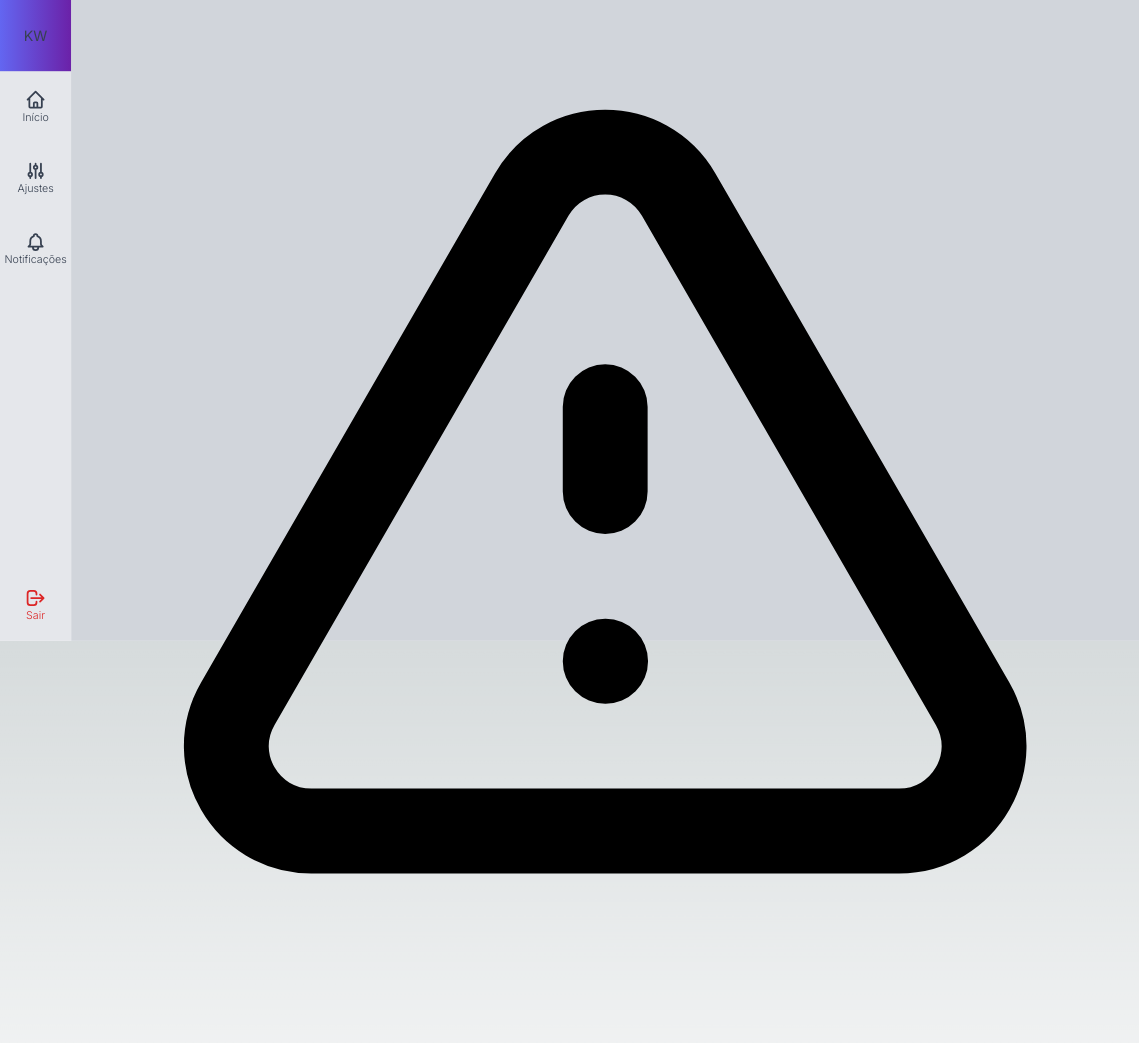
Repository: KennedyWanderson/AdminDashboard
Page: / (app in Code/admindashboard/)
These files come from the project's save history. The page is drawn as it stood at one moment and after the next save; the edit follows.
The browser window is 1280 px wide. The pictures show the whole page, at 89% of full size.
The project was rebuilt for these pictures with package versions that can differ from the ones it lists, and the page was loaded fresh each time. The framework's server and built-in components were replaced by stand-ins that run in the browser. Also part of the build but not shown: Code/admindashboard/next.config.mjs.

Above is the page before, as saved 2024-06-16 15:56:16.

### Code/admindashboard/src/app/layout.js
import { Inter } from "next/font/google";
import "./globals.css";

const inter = Inter({ subsets: ["latin"] });

export const metadata = {
  title: "Admin Dashboard",
  description: "Generated by Kennedy Wanderson",
};

export default function RootLayout({ children }) {
  return (
    <html lang="en">
      <body className={inter.className}>{children}</body>
    </html>
  );
}

### Code/admindashboard/src/app/page.js
import Layout from "@/components/Layout";

export default function Home() {
  return (
    <Layout>
      Content
    </Layout>
  )
}

### Code/admindashboard/src/components/Layout.jsx
import Header from "./Header";
import LateralMenu from "./LateralMenu";


export default function Layout() {

    return (

            <div className={` flex h-screen w-screen`}>
                <LateralMenu />
                <div className={`
                flex flex-col w-full p-7
                bg-gray-300 dark:bg-gray-800
            `}>
                <Header />

                </div>
            </div>
    )
}

### Code/admindashboard/src/components/Header.jsx

import { IconeAtencao } from './icons'



export default function Header({ titulo, subtitulo }) {


    return (
        <div className={`flex`}>
            <div>
                <h1 className={`
                font-black text-3xl
                text-gray-900 dark:text-gray-100
            `}>
                    {titulo}
                </h1>
                <h2 className={`
                font-light text-sm
                dark:text-gray-300
            `}>
                    {subtitulo}
                </h2>
            </div>
            <div className={`flex flex-grow justify-end items-center`}>
                <IconeAtencao className="ml-3" />
            </div>
        </div>
    )
}

### Code/admindashboard/src/components/LateralMenu.jsx
import MenuItem from "./ItemMenu";
import { IconeAjustes, IconeCasa, IconeSair, IconeSino } from "./icons"




export default function LateralMenu() {


    return (
        <aside className={`
            flex flex-col
            bg-gray-200 text-gray-700
            dark:bg-gray-900
        `}>
            <div className={`
                flex flex-col items-center justify-center
                bg-gradient-to-r from-indigo-500 to-purple-800
                h-20 w-20
            `}>
                KW
            </div>
            <ul className="flex-grow">
                <MenuItem url="/" texto="Início" icone={IconeCasa} />
                <MenuItem url="/ajustes" texto="Ajustes" icone={IconeAjustes} />
                <MenuItem url="/notificacoes" texto="Notificações" icone={IconeSino} />
            </ul>
            <ul>
                <MenuItem
                    texto="Sair" icone={IconeSair}
                    className={`
                        text-red-600 dark:text-red-400
                        hover:bg-red-400 hover:text-white
                        dark:hover:text-white
                    `}
                />
            </ul>
        </aside>
    )
}

### Code/admindashboard/src/components/icons/index.jsx
// Pra mais icones acessar... https://heroicons.com/

export const IconeCasa = (
    <svg xmlns="http://www.w3.org/2000/svg" className="h-6 w-6" fill="none" viewBox="0 0 24 24" stroke="currentColor">
        <path strokeLinecap="round" strokeLinejoin="round" strokeWidth={2} d="M3 12l2-2m0 0l7-7 7 7M5 10v10a1 1 0 001 1h3m10-11l2 2m-2-2v10a1 1 0 01-1 1h-3m-6 0a1 1 0 001-1v-4a1 1 0 011-1h2a1 1 0 011 1v4a1 1 0 001 1m-6 0h6" />
    </svg>
)

export const IconeAjustes = (
    <svg xmlns="http://www.w3.org/2000/svg" className="h-6 w-6" fill="none" viewBox="0 0 24 24" stroke="currentColor">
        <path strokeLinecap="round" strokeLinejoin="round" strokeWidth={2} d="M12 6V4m0 2a2 2 0 100 4m0-4a2 2 0 110 4m-6 8a2 2 0 100-4m0 4a2 2 0 110-4m0 4v2m0-6V4m6 6v10m6-2a2 2 0 100-4m0 4a2 2 0 110-4m0 4v2m0-6V4" />
    </svg>
)

export const IconeSino = (
    <svg xmlns="http://www.w3.org/2000/svg" className="h-6 w-6" fill="none" viewBox="0 0 24 24" stroke="currentColor">
        <path strokeLinecap="round" strokeLinejoin="round" strokeWidth={2} d="M15 17h5l-1.405-1.405A2.032 2.032 0 0118 14.158V11a6.002 6.002 0 00-4-5.659V5a2 2 0 10-4 0v.341C7.67 6.165 6 8.388 6 11v3.159c0 .538-.214 1.055-.595 1.436L4 17h5m6 0v1a3 3 0 11-6 0v-1m6 0H9" />
    </svg>
)

export const IconeSair = (
    <svg xmlns="http://www.w3.org/2000/svg" className="h-6 w-6" fill="none" viewBox="0 0 24 24" stroke="currentColor">
        <path strokeLinecap="round" strokeLinejoin="round" strokeWidth={2} d="M17 16l4-4m0 0l-4-4m4 4H7m6 4v1a3 3 0 01-3 3H6a3 3 0 01-3-3V7a3 3 0 013-3h4a3 3 0 013 3v1" />
    </svg>
)

export const IconeSol = (tamanho = 6) => (
    <svg xmlns="http://www.w3.org/2000/svg" className={`h-${tamanho} w-${tamanho}`} fill="none" viewBox="0 0 24 24" stroke="currentColor">
        <path strokeLinecap="round" strokeLinejoin="round" strokeWidth={2} d="M12 3v1m0 16v1m9-9h-1M4 12H3m15.364 6.364l-.707-.707M6.343 6.343l-.707-.707m12.728 0l-.707.707M6.343 17.657l-.707.707M16 12a4 4 0 11-8 0 4 4 0 018 0z" />
    </svg>
)

export const IconeLua = (tamanho = 6) => (
    <svg xmlns="http://www.w3.org/2000/svg" className={`h-${tamanho} w-${tamanho}`} fill="none" viewBox="0 0 24 24" stroke="currentColor">
        <path strokeLinecap="round" strokeLinejoin="round" strokeWidth={2} d="M20.354 15.354A9 9 0 018.646 3.646 9.003 9.003 0 0012 21a9.003 9.003 0 008.354-5.646z" />
    </svg>
)

export const IconeAtencao = (tamanho = 1) => (
    <svg xmlns="http://www.w3.org/2000/svg" className={`h-${tamanho} w-${tamanho}`} fill="none" viewBox="0 0 24 24" stroke="currentColor">
        <path strokeLinecap="round" strokeLinejoin="round" strokeWidth={2} d="M12 9v2m0 4h.01m-6.938 4h13.856c1.54 0 2.502-1.667 1.732-3L13.732 4c-.77-1.333-2.694-1.333-3.464 0L3.34 16c-.77 1.333.192 3 1.732 3z" />
    </svg>
)

### Code/admindashboard/src/components/ItemMenu.jsx

export default function MenuItem({ texto, icone, url, className, onClick }) {
    function renderizarLink() {
        return (
            <div className={`
                flex flex-col justify-center items-center
                h-20 w-20
                dark:text-gray-200
                ${className}
            `}>
                {icone}
                <span className="text-xs font-light">
                    {texto}
                </span>
            </div>
        );
    }

    return (
        <li
            onClick={onClick}
            className={`
                hover:bg-gray-100 dark:hover:bg-gray-800
                cursor-pointer
            `}
        >
            {url ? (
                <a href={url}>
                    {renderizarLink()}
                </a>
            ) : (
                renderizarLink()
            )}
        </li>
    );
}

Loaded but not shown: Code/admindashboard/src/app/globals.css (common file); Code/admindashboard/tailwind.config.js (common file)

After the next save:
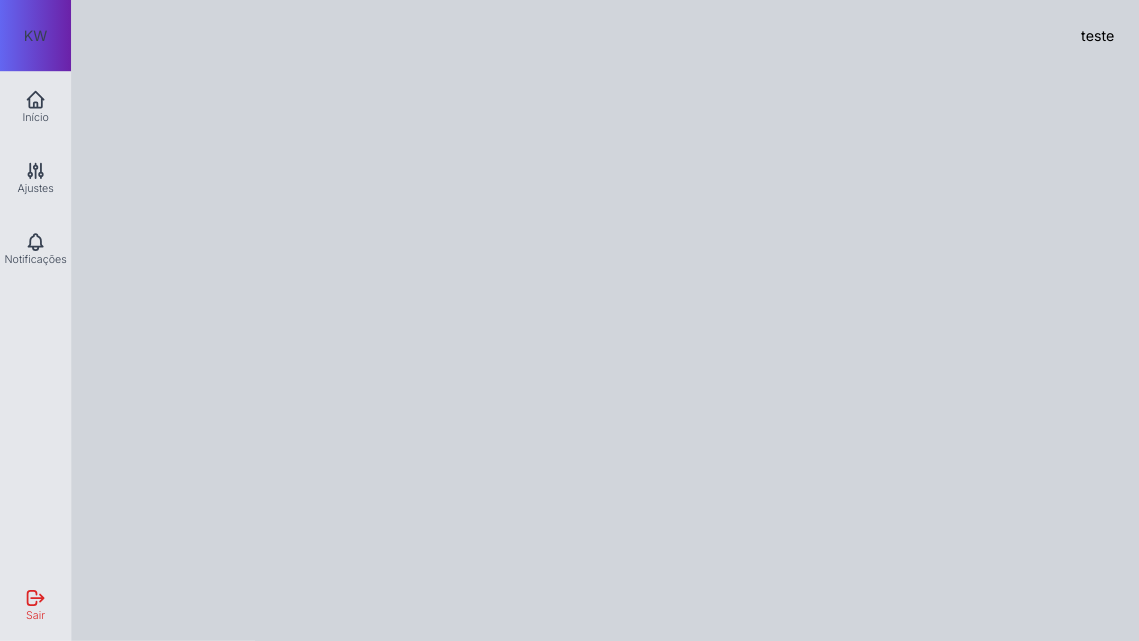
Saved 32 s later.
--- a/Code/admindashboard/src/components/Header.jsx
+++ b/Code/admindashboard/src/components/Header.jsx
@@ -23,7 +23,7 @@ export default function Header({ titulo, subtitulo }) {
                 </h2>
             </div>
             <div className={`flex flex-grow justify-end items-center`}>
-                <IconeAtencao className="ml-3" />
+                teste
             </div>
         </div>
     )
